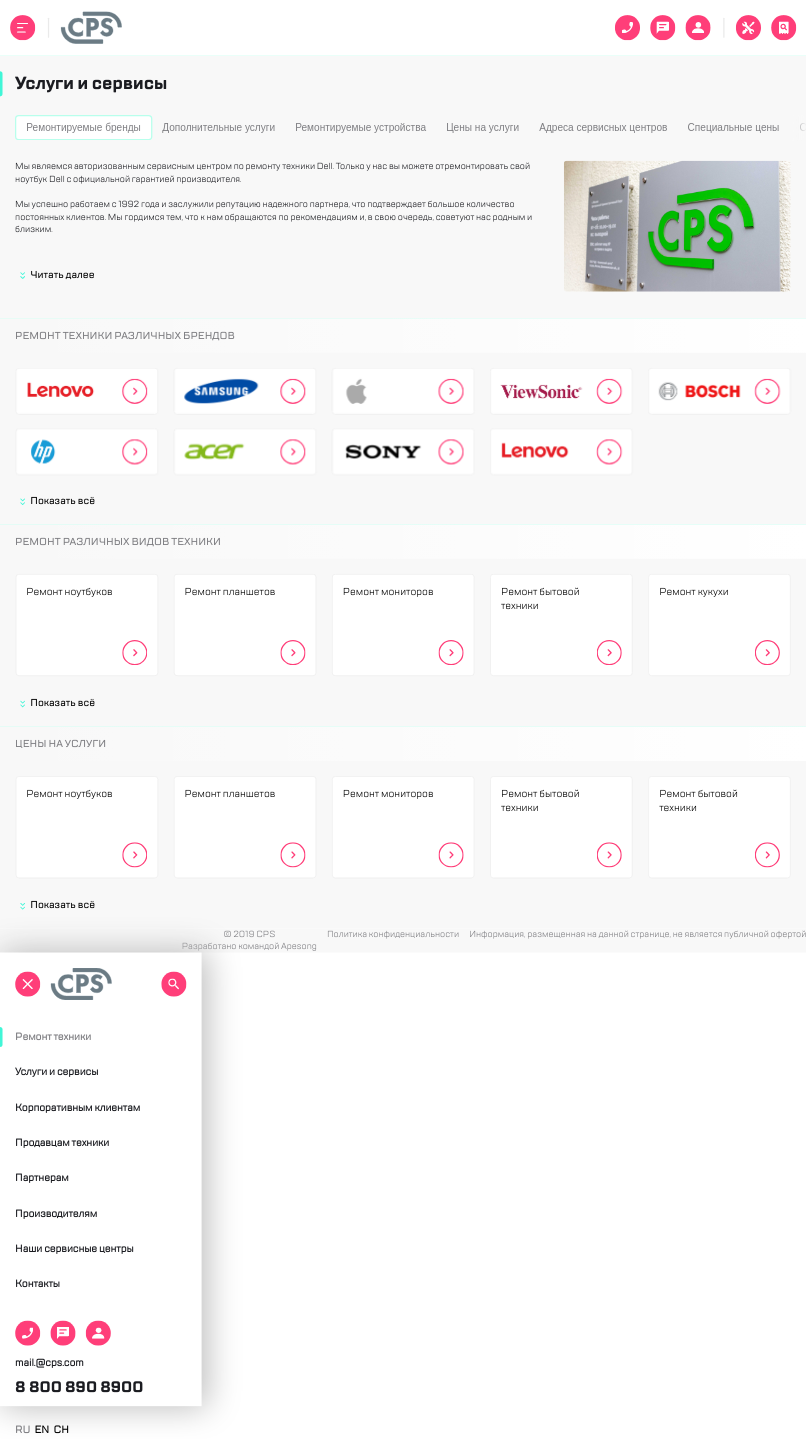
Repository: Dedoxa/WebCoreF
Page: /
The author's editor kept a copy of each file at every save. The page is drawn from the files as they stood at one save, then again after the next save.
The browser window is 1280 px wide. The pictures show the whole page, at 63% of full size.
The project was rebuilt for these pictures with package versions that can differ from the ones it lists, and the page was loaded fresh each time. Also part of the build but not shown: webpack.config.js.

Above is the page before, as saved 2024-06-14 16:48:15.

After the next save:
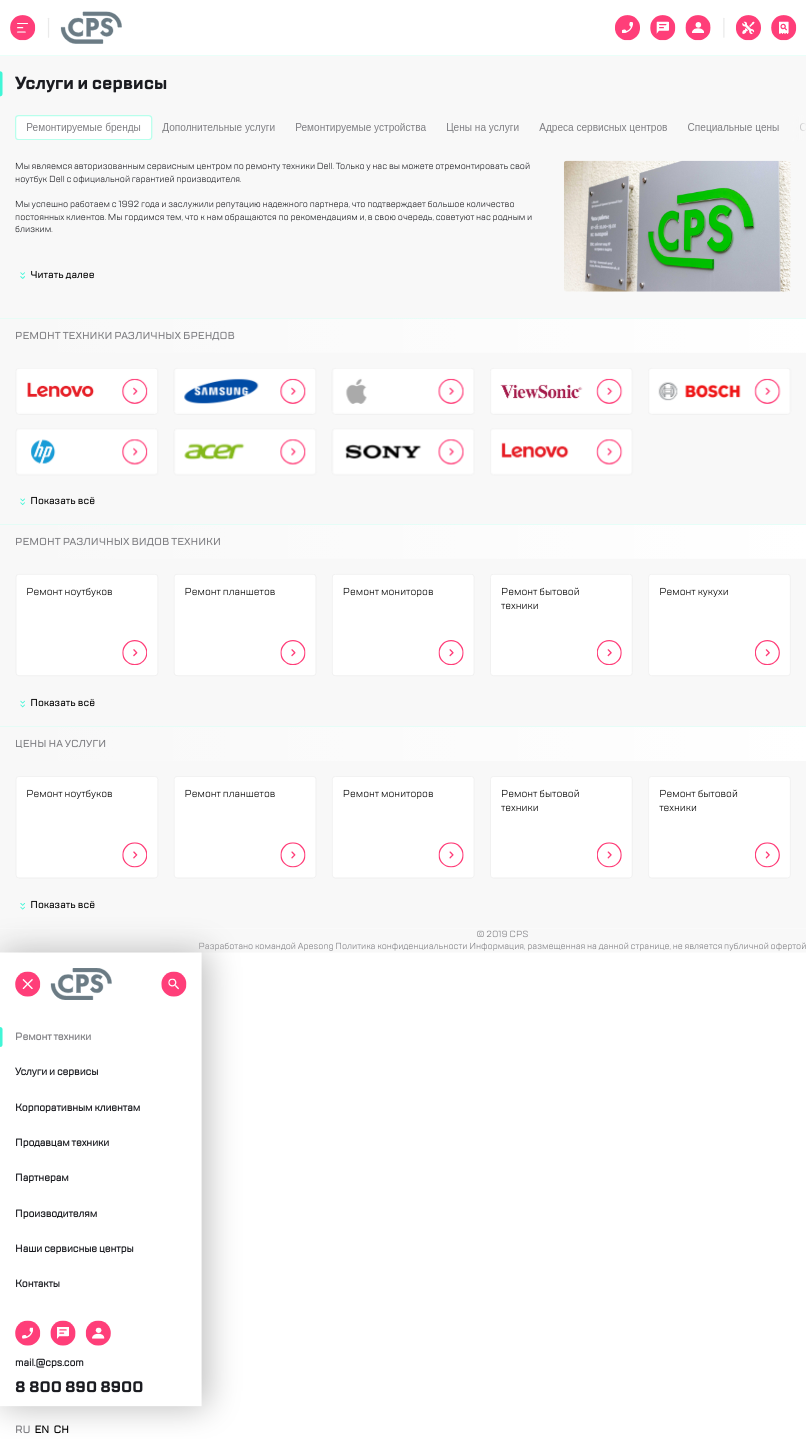
Saved 106 s later.
--- a/src/index.html
+++ b/src/index.html
@@ -292,9 +292,11 @@
         </div>
       </section>
       <footer class="footer">
-        <span>© 2019 CPS<br>Разработано командой Apesong</span>
-        <span>Политика конфиденциальности</span>
-        <span>Информация, размещенная на данной странице, не является публичной офертой</span>
+        <div class="footer-wrapper">
+          <span>© 2019 CPS<br>Разработано командой Apesong</span>
+          <span>Политика конфиденциальности</span>
+          <span>Информация, размещенная на данной странице, не является публичной офертой</span>
+        </div>
       </footer>
 
       <aside class="aside-menu">
